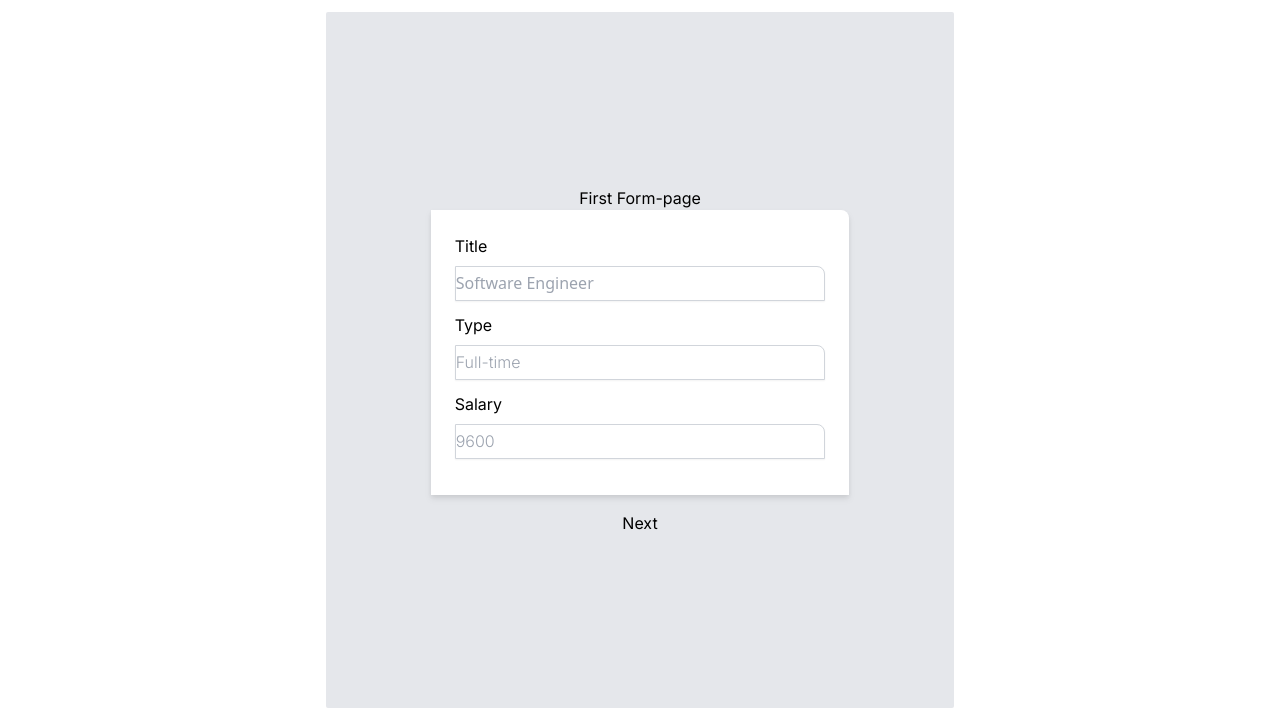
Repository: Abdibaye/Job-Sphere
Page: /form
The author's editor kept a copy of each file at every save. The page is drawn from the files as they stood at one save, then again after the next save.
The browser window is 1280 px wide. The pictures show the whole page.
The project was rebuilt for these pictures with package versions that can differ from the ones it lists, and the page was loaded fresh each time. Also part of the build but not shown: vite.config.js, src/components/search.jsx, src/components/navbar.jsx, src/pages/descriptionpage.jsx, src/components/job.jsx, src/components/feed.jsx, src/components/saved.jsx, src/components/filter.jsx and 4 more.

Above is the page before, as saved 2025-02-23 00:13:02.

### index.html
<!doctype html>
<html lang="en">
  <head>
    <meta charset="UTF-8" />
    <link rel="icon" type="image/svg+xml" href="/vite.svg" />

    <link rel="preconnect" href="https://fonts.googleapis.com">
    <link rel="preconnect" href="https://fonts.gstatic.com" crossorigin>
    <link href="https://fonts.googleapis.com/css2?family=Inter:ital,opsz,wght@0,14..32,100..900;1,14..32,100..900&family=Open+Sans:ital,wght@0,300..800;1,300..800&family=Poppins:wght@100;200;300;400;600;700&display=swap" rel="stylesheet">

    <meta name="viewport" content="width=device-width, initial-scale=1.0" />
    <title>Vite + React</title>
  </head>
  <body>
    <div id="root"></div>
    <script type="module" src="/src/main.jsx"></script>
  </body>
</html>

### src/main.jsx
import { StrictMode } from 'react'
import { createRoot } from 'react-dom/client'
import './index.css'
import App from './App.jsx'
import Description from './pages/descriptionpage.jsx'
import HomePage from './pages/homepage.jsx'

createRoot(document.getElementById('root')).render(
  <StrictMode>
    <App />
  </StrictMode>,
)

### src/App.jsx
import Navbar from "./components/navbar";
import Description from "./pages/descriptionpage";
import HomePage from "./pages/homepage";
import LoginPage from "./pages/loginpage";
import SignUp from "./pages/Signup";
import { BrowserRouter, Routes, Route, Outlet } from "react-router-dom";
import Feed from "./components/feed";
import Forms from "./pages/formpage";

function App() {
  return (
    <BrowserRouter>
      <Routes>
        {/* Default route for login */}
        <Route path="/" element={<LoginPage />} />

        {/* Nested routes under Navbar */}
        <Route path="/navbar" element={<Navbar />}>
          <Route index element={<HomePage    />} /> {/* Default child route */}
          <Route path="description" element={<Description />} /> {/* Relative path */}
        </Route>

        {/* Signup route */}
        <Route path="/signup" element={<SignUp />} />


        <Route path='/form' element = {<Forms />} />
      </Routes>
    </BrowserRouter>
  );
}

export default App;

### src/pages/formpage.jsx
import { BrowserRouter, Routes, Route, Link, Outlet } from "react-router-dom";
import Form from "../components/form";



function Forms(){
    return(
        <>
        <div>
        <Form />
        <Outlet />
        </div>
        </>
    )


}



export default Forms;

### src/components/form.jsx
import { BrowserRouter, Routes, Route, Outlet } from "react-router-dom";


function Form(){
    return(
        <div className=" h-screen font-inter   flex justify-center p-3 ">
            <div className="bg-gray-200 w-1/2 rounded-sm flex flex-col justify-center items-center">
            <h1>First Form-page</h1>
              <div className="bg-[#fff] w-2/3 h-fit flex flex-col justify-center p-6 rounded-tr-lg drop-shadow-md">

                <p className="mb-2">Title</p>
                <input className="mb-3 h-[35px] border border-gray-300 rounded-tr-lg shadow-sm focus:outline-none font-sans font-light" type="text" placeholder="Software Engineer" />
                <p className="mb-2">Type</p>
                <input className="mb-3 mb-3 h-[35px] border border-gray-300 rounded-tr-lg shadow-sm focus:outline-none font-light" type="text" placeholder="Full-time" />
                <p className="mb-2 ">Salary</p>
                <input className="mb-3 mb-3 h-[35px] border border-gray-300 rounded-tr-lg shadow-sm focus:outline-none font-light" type="text" placeholder="9600" />
              </div>
                <button className="mt-4">Next</button>
            </div>
        </div>
    );
}


export default Form

### tailwind.config.js
/** @type {import('tailwindcss').Config} */
export default {
  content: [
    "./index.html",
    "./src/**/*.{js,ts,jsx,tsx}",
  ],
  theme: {
    extend: {
      fontFamily: {
        'inter': ['Inter', 'sans-serif'],
      },
    },
  },
  plugins: [],
}

Loaded but not shown: src/index.css (common file)

After the next save:
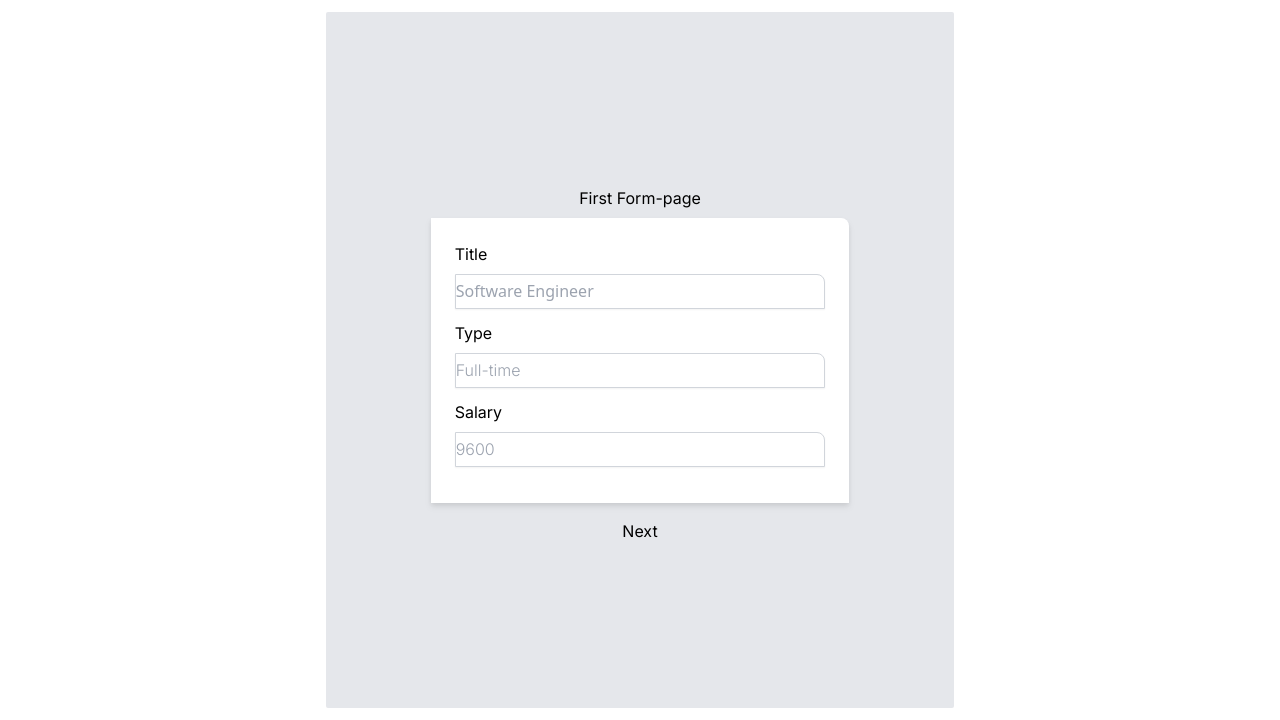
Saved 17 s later.
--- a/src/components/form.jsx
+++ b/src/components/form.jsx
@@ -5,9 +5,8 @@ function Form(){
     return(
         <div className=" h-screen font-inter   flex justify-center p-3 ">
             <div className="bg-gray-200 w-1/2 rounded-sm flex flex-col justify-center items-center">
-            <h1>First Form-page</h1>
+            <h1 className="m-2">First Form-page</h1>
               <div className="bg-[#fff] w-2/3 h-fit flex flex-col justify-center p-6 rounded-tr-lg drop-shadow-md">
-
                 <p className="mb-2">Title</p>
                 <input className="mb-3 h-[35px] border border-gray-300 rounded-tr-lg shadow-sm focus:outline-none font-sans font-light" type="text" placeholder="Software Engineer" />
                 <p className="mb-2">Type</p>
